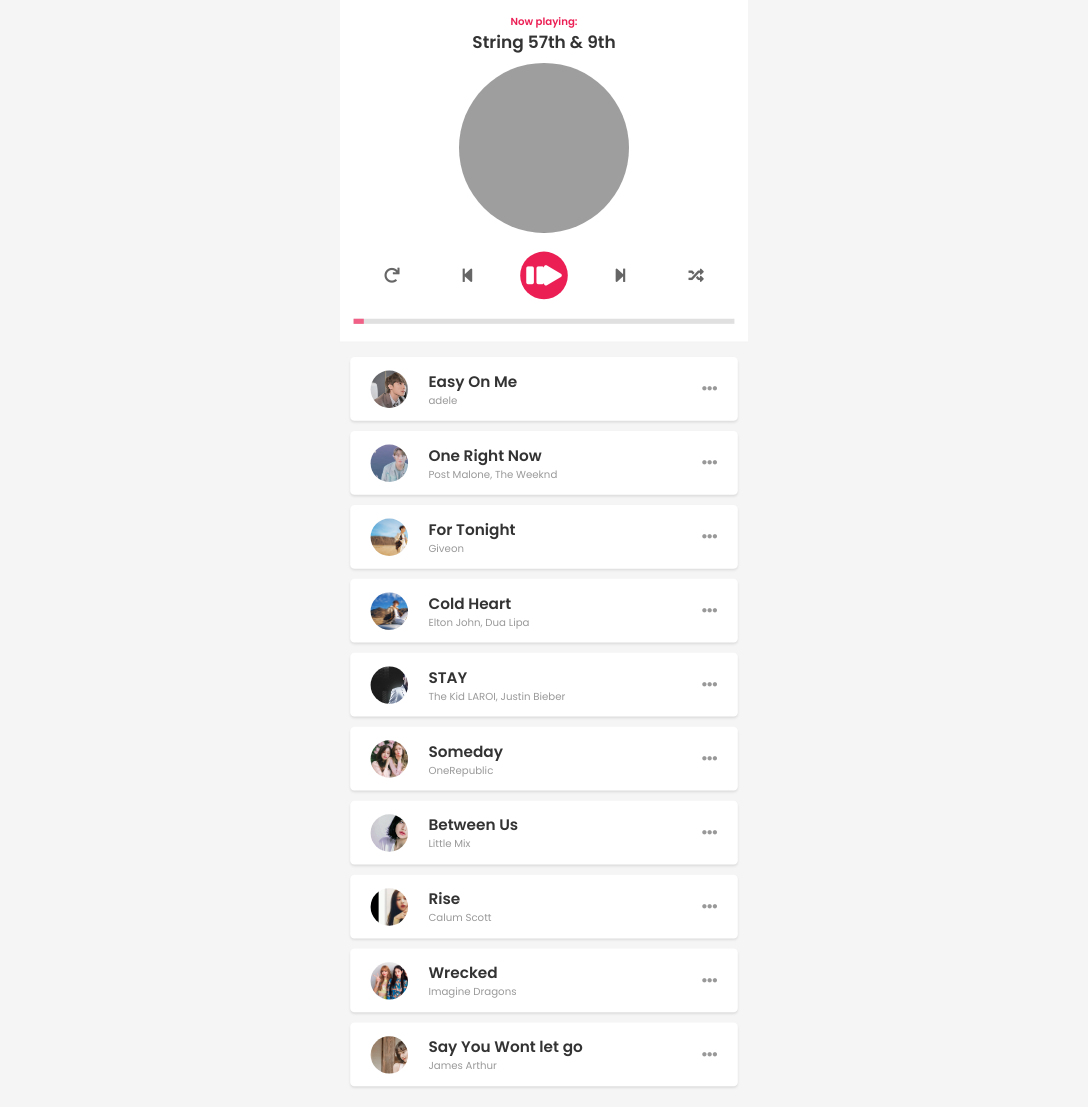
Repository: maivannhan1998/MusicPlayer.github.io
Page: index.html
These files come from the project's save history. The page is drawn as it stood at one moment and after the next save; the edit follows.
The browser window is 1280 px wide. The pictures show the whole page, at 85% of full size.
Pictures or frames that could not be fetched are drawn as grey boxes.

Above is the page before, as saved 2021-11-09 15:00:56.

After the next save:
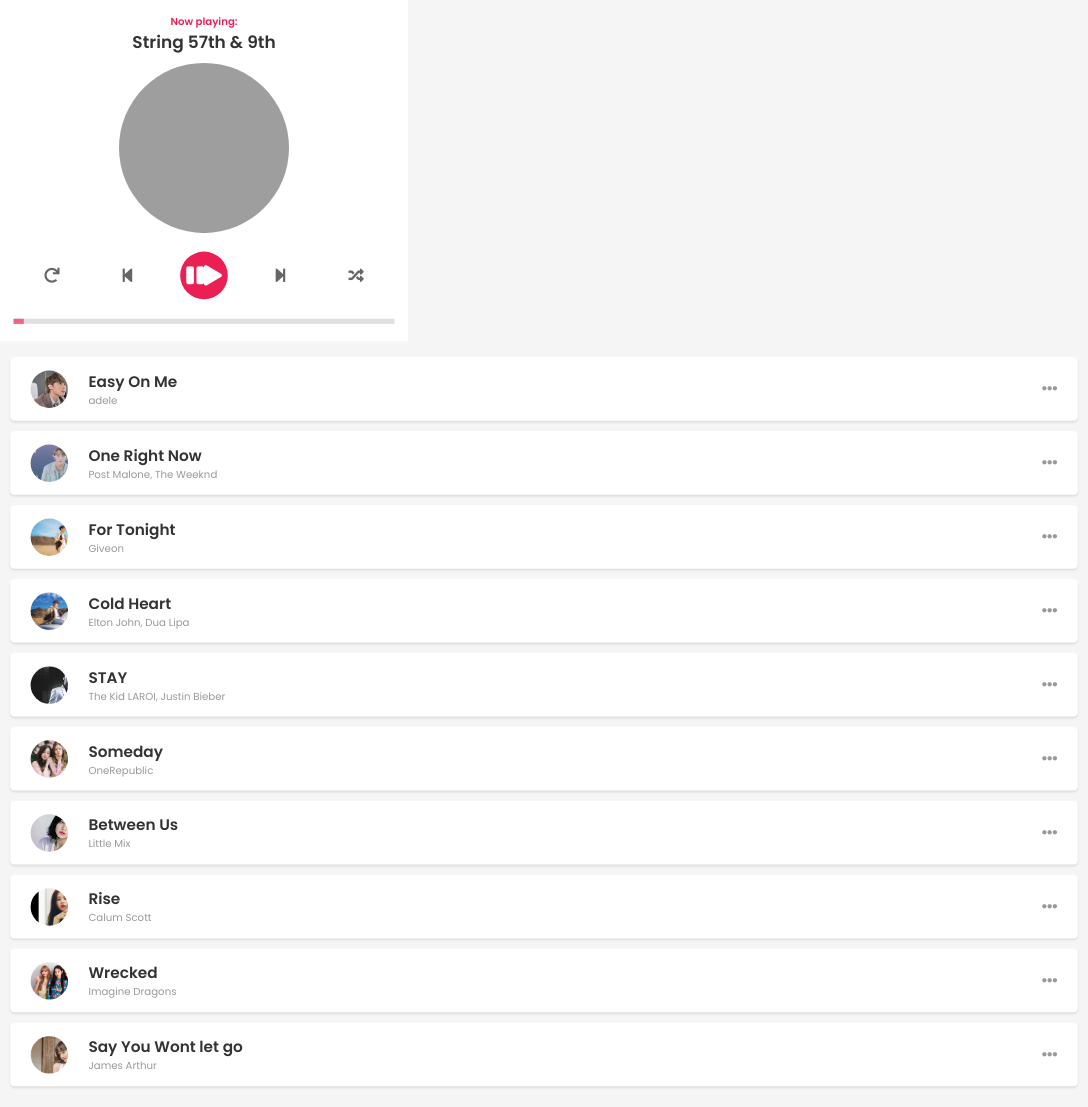
Saved 89 s later.
--- a/assets/css/main.css
+++ b/assets/css/main.css
@@ -18,7 +18,7 @@
     font-family: "Poppins", sans-serif;
   }
 
-  .player {
+  /* .player {
     position: relative;
     max-width: 480px;
     margin: 0 auto;
@@ -185,4 +185,4 @@
     padding: 16px 8px;
     color: #999;
     font-size: 18px;
-  }
+  } */
